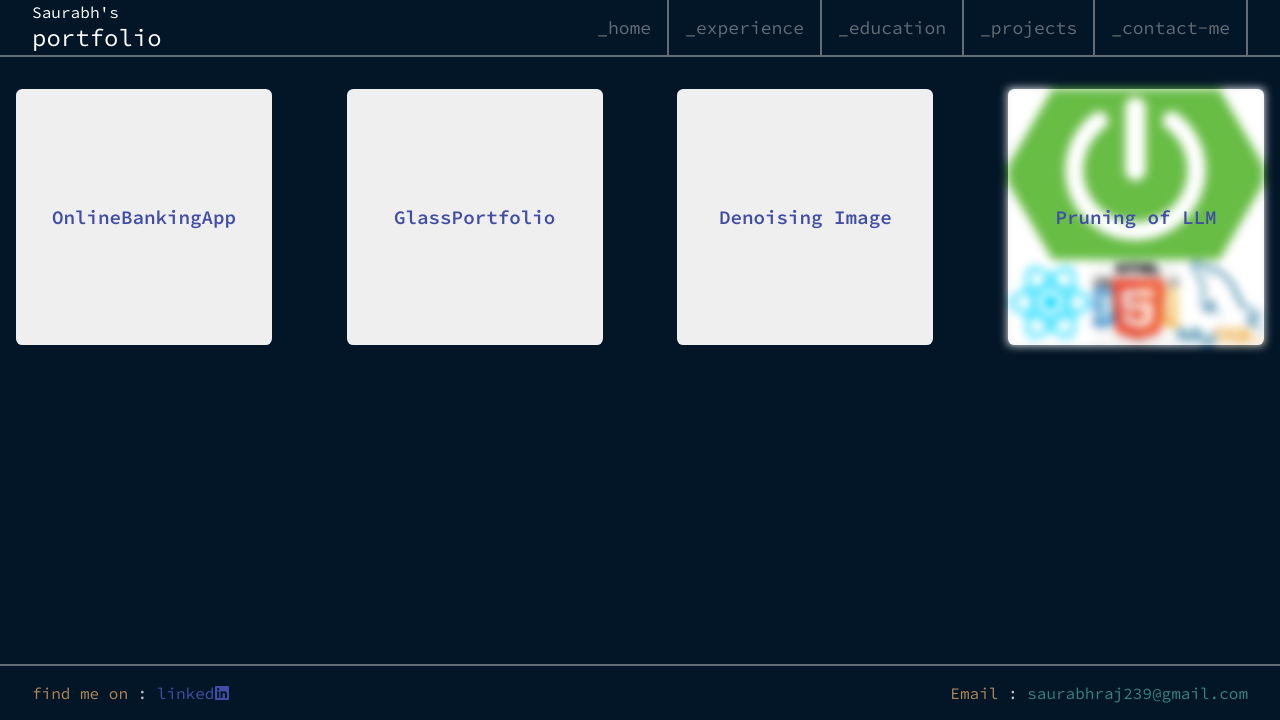
Repository: saurabhraj23/FrontendReactPortfolio
Page: /projects
These files come from the project's save history. The page is drawn as it stood at one moment and after the next save; the edit follows.
The browser window is 1280 px wide. The pictures show the whole page.
The project was rebuilt for these pictures with package versions that can differ from the ones it lists, and the page was loaded fresh each time. Also part of the build but not shown: vite.config.js, src/components/Education.jsx, src/components/Experience.jsx, src/components/Contacts.jsx, src/styles/default-page.css, src/components/DefaultPage.jsx.

Above is the page before, as saved 2024-07-23 16:10:20.

### index.html
<!doctype html>
<html lang="en">
  <head>
    <meta charset="UTF-8" />
    <link rel="icon" type="image/svg+xml" href="" />
    <meta name="viewport" content="width=device-width, initial-scale=1.0" />
    <title>Saurabh's portfolio</title>
  </head>
  <body>
    <div id="root"></div>
    <script type="module" src="/src/main.jsx"></script>
  </body>
</html>

### src/App.jsx
import React from "react";
import { BrowserRouter as Router, Route, Routes } from "react-router-dom";
import "./styles/App.css";
import Home from "./components/Home";
import Education from "./components/Education";
import Experience from "./components/Experience";
import Contacts from "./components/Contacts";
import Projects from "./components/Projects";
import Heading from "./components/Heading";
import Footer from "./components/Footer";
import DefaultPage from "./components/DefaultPage";

function App() {
  return (
    <div className="main">
      <Router>
        <Heading />
        <Routes>
          <Route path="/" element={<Home />}>
            <Route path="/" element={<DefaultPage />} />
            <Route path="/education" element={<Education />} />
            <Route path="/experience" element={<Experience />} />
            <Route path="/contacts" element={<Contacts />} />
            <Route path="/projects" element={<Projects />} />
          </Route>
        </Routes>
        <Footer />
      </Router>
    </div>
  );
}

export default App;

### src/styles/App.css
@import "./color.css";
@import "./experience.css";
@import "./education.css";
@import "./project.css";
@import "./header.css";
@import "./contact-me.css";
@import "./footer.css";
@import "./default-page.css";


*{
  margin:0;
  padding: 0;
  box-sizing: border-box;
  font-family: "Source Code Pro";
  font-weight: 400;
}

.main{
  background-color: var(--bg-color);
  color: var(--primary-white);
  height: 100vh;
  width: 100%;
  display: grid;
  grid-template-rows: 1fr 8fr 1fr;
  grid-template-columns: 4fr 3fr;
}

### src/components/Home.jsx
import React from "react";
import { Outlet } from "react-router-dom";

function Home() {
  return (
    <>
      <Outlet />
    </>
  );
}

export default Home;

### src/components/Projects.jsx
import React from "react";
import "../styles/App.css";
import { Link } from "react-router-dom";
import py from "../assets/py.png";
function Projects() {
  return (
    <>
      <div className="projects-left-side"></div>
      <div className="projects-right-side">
        <Link to={"https://github.com/saurabhraj23/OnlineBankingAppKPMG"}>
          <button className="project-item BankingApp">
            <span>
              <span className="skills">
                <span className="skill-heading">Skills Used</span>
                <span>
                  Java , SpringBoot , React , Javascript , MYSQL , CSS , HTML
                </span>
              </span>
              <span>
                This Project was part of my KPMG Internship.In this I was
                assigned the task to implement security in the Web App.I have
                successfuly secured the app using RSA encryption technique.
              </span>
            </span>
            <span>OnlineBankingApp</span>
          </button>
        </Link>
        <Link to={"https://github.com/saurabhraj23/Glass-Portfolio"}>
          <button className="project-item">
            <span>
              <span className="skills">
                <span className="skill-heading">Skills Used :</span>
                <span>HTML , CSS , Javascript</span>
              </span>
              <span>
                The Website consists of some animation with glass design
                interface.Javascript DOM is used to perform click event.CSS
                property is extensively used to give the portfolio website a
                desirable look.
              </span>
            </span>
            <span>GlassPortfolio</span>
          </button>
        </Link>
        <Link to={"https://github.com/saurabhraj23/Denoising-Image"}>
          <button className="project-item">
            <span>
              <span className="skills">
                <span className="skill-heading">Skills Used</span>
                <span>Python , OpenCV</span>
              </span>
              <span>
                This project was meant to remove the periodic noise from the
                image by using Butterworth Low Pass Filter.
              </span>
            </span>
            <span>Denoising Image</span>
          </button>
        </Link>
        <Link to={"https://github.com/saurabhraj23/Pruning"}>
          <button className="project-item opencv">
            <span>
              <span className="skills">
                <span className="skill-heading">Skills Used :</span>
                <span>Python , Flask , HuggingFace-cli , Linux</span>
              </span>
              <span>
                The Project aimed to demonstrate the capabilities of Kortex in
                enhancing AI-based operations within KPMG.I successfully
                completed the tasks assigned to me by implementing User
                Management functionalities , Optimizing and Prunining LLM models
                within Kortex.
              </span>
            </span>
            <span> Pruning of LLM</span>
          </button>
        </Link>
      </div>
    </>
  );
}

export default Projects;

### src/components/Heading.jsx
import React from "react";
import Navbar from "./Navbar";
function Heading() {
  return (
    <header className={"heading"}>
      <h2>
        <h6>Saurabh's</h6>
        portfolio
      </h2>
      <Navbar />
    </header>
  );
}

export default Heading;

### src/components/Footer.jsx
import React from "react";
import { Link } from "react-router-dom";
import { FaLinkedin } from "react-icons/fa";

function Footer() {
  return (
    <footer className="footer">
      <div>
        <span>find me on</span> <span>&nbsp;:</span>
        <Link to={"https://www.linkedin.com/in/saurabhraj239/"}>
          <span>
            &nbsp;linked
            <FaLinkedin />
          </span>
        </Link>
      </div>
      <div>
        <span>Email</span> <span> :</span>
        <span> saurabhraj239@gmail.com</span>
      </div>
    </footer>
  );
}

export default Footer;

### src/styles/color.css
@import url('https://fonts.googleapis.com/css2?family=Source+Code+Pro:ital,wght@0,200..900;1,200..900&display=swap');

:root {
--bg-color:#031627;
--primary-white:#fff;
--primary-dark:#d3d0d076;
--secondary-blue:#424ea6;
--tertiary-green:#37857e;
--tertiary-green-dark:#77E4C8;
--tertiary-brown-light:#D4BDAC;
--tertiary-orange:#b0855a;

}

### src/styles/experience.css
@import "./color.css";

.experience-left-side{
  display: none;
}
.experience-right-side{
  margin: 2rem;
  grid-column: 1/3;

}
.experience-right-side > div:first-child{
  display: flex;
  justify-content: space-between;
}
.experience-right-side>div:first-child>span:nth-child(2) span{
display: inline-block;
}
.experience-right-side>div:first-child>span:nth-child(2)>span:nth-child(2){
  animation: present 2s infinite alternate ease-in-out;

}

@keyframes present {
  from{

    opacity: 0;
  }
  to{

    opacity: 1;
  }
}

.experience-right-side>div:first-child>span:first-child{
  font-size: 1.4rem;
  color: var(--secondary-blue);
  font-weight: 600;
  margin-bottom: 3rem;
  text-decoration: underline;
}

.experience-right-side span{
  display: block;
}

.internship-details{
  display: flex;
  flex-direction: column;
}
.internship-details>span:first-child{
  font-size: 1.2rem;
  color: var(--tertiary-green);
  font-weight: 600;
  letter-spacing: 0.2rem;
  margin-bottom:1rem ;


}
.internship-details>span:nth-child(2){
  /* letter-spacing: 0.1rem; */
  color: var(--tertiary-brown-light);

}

.internship-details>span:nth-child(2)>span:first-child{
  font-size: 1.1rem;
  font-weight: 500;
  color: var(--tertiary-orange);

}


.internship-details>span:first-child span{
  display: inline-block;

}

.internship-details>span:nth-child(2)>span:first-child{
  letter-spacing: 0.2rem;
}

.internship-details>span:first-child>span:first-child{
  animation: arrowMove 1.6s infinite alternate ease-in-out;
  }

.fte-details{
  display: flex;
  flex-direction: column;
  margin-top: 2rem;

}
.fte-details>span:first-child{
  font-size: 1.2rem;
  color: var(--tertiary-green);
  font-weight: 600;
  letter-spacing: 0.2rem;
  margin-bottom: 1rem;

}

.fte-details>span:nth-child(2){
  color: var(--tertiary-brown-light);
}

.fte-details>span:nth-child(2)>span:nth-child(1)>span:first-child{
  color: var(--tertiary-orange);
  font-size: 1.1rem;
  font-weight: 500;
  }

.fte-details>span:nth-child(2)>span:nth-child(2)>span:first-child{
  letter-spacing: 0.2rem;
}
.fte-details>span:nth-child(2)>span:nth-child(1)>span:first-child{
  letter-spacing: 0.2rem;
}

.fte-details>span:nth-child(2)>span:nth-child(2){
  margin-top: 1rem;
}
.fte-details>span:nth-child(2)>span:nth-child(2)>span:first-child{
font-size: 1.1rem;
font-weight: 500;
color: var(--tertiary-orange);
}

.fte-details>span:first-child span{
  display: inline-block;
}

.fte-details>span:first-child>span:first-child{
animation: arrowMove 1.6s infinite alternate ease-in-out;
}

@keyframes arrowMove {
  from{
    transform: translateX(-0.6rem);
  }
  to{
    transform: translateX(0);
  }
}

.current-working  span{
  display: inline-block;
  animation: colorChange 2s infinite alternate ease-in-out ;

}

@keyframes colorChange {
  from{
color: var(--tertiary-brown-light);
  }

  to{
    color: var(--primary-white);

  }
}
.current-working{
  display: flex;
  flex-direction: row;
}

### src/styles/education.css
 @import "./color.css";

.education-left-side{
  display: none;
}
.education-right-side{
  margin: 2rem ;
  grid-column: 1/3;

}

.education-right-side{
  display: flex;
  flex-direction: column;
}

.degrees{
  display: flex;
  justify-content: space-between;
  margin-bottom: 2rem;
}

.degrees>span:first-child>h2{
  color: var(--tertiary-orange);
}
.degrees>span:first-child>h4{
  color: var(--tertiary-green);
}
.degrees>span:first-child>h5{
  color: var(--tertiary-brown-light);
  font-weight: 600;
}

.degrees>span:first-child>h3{
  display: flex;
  flex-direction: row;
}

.degrees>span:first-child>h3>span:nth-child(2){
  color: var(--tertiary-green-dark);
  animation: passed 2s infinite alternate ease-in-out;
}

@keyframes passed {
  from{
opacity: 0;
  }
  to{
opacity: 1;
  }
}
.degrees span:first-child {
  display: flex;
  flex-direction: column;
  gap: 0.6rem;
}
.degree-year{
  color: var(--tertiary-orange);
}

### src/styles/project.css
.projects-left-side{
  border: 1px solid red;
  display: none;
}
.projects-right-side{
  grid-column: 1/3;
  padding: 1rem;
  display: flex;
  justify-content: space-between;
  text-decoration: none;
  position: relative;
}

.projects-right-side > a{
  text-decoration: none;
}

.project-item{
  width: 20vw;
  height: 20vw;
  display: flex;
  justify-content: center;
  align-items: center;
  position: relative;
  flex-direction: column;
  border-radius: 0.4rem ;
  border: none;

}

.project-item:hover{
  cursor: pointer;
  box-shadow: 0 0.12rem 0.6rem 0.2rem var(--tertiary-orange);
  border: 0.20rem solid var(--secondary-blue);


}

.project-item span{
  display: inline-block;
  padding: 0.5rem;
}


.project-item>span:first-child{
  display: none;
}

.project-item:hover span:first-child{
  display: contents;
  color: var(--tertiary-orange);
  transition: all 2s;
}

.project-item>span:last-child{
  color: var(--secondary-blue);
transition: all 2s;
font-size: 1.2rem;
font-weight: 600;
z-index: 1;
}

.project-item:hover >span:last-child{
  width: 100%;
  position: absolute;
  bottom: 0;
  text-align: center;
  font-size: 1.4rem;
  }

  .opencv::before {
    content: "";
    position: absolute;
    background-image: url(../assets/BankingApp.png);
background-size: cover;
filter: blur(5px);
background-repeat: no-repeat;
background-position: center;
    top: 0;
    bottom: 0;
    left: 0;
    right: 0;
  }

  .project-item:hover::before{
content: "_click to visit the github repo";
background-image: none;
position: absolute;
bottom: -2rem;
color: var(--tertiary-orange);
background-image: none;
top: auto;
left: auto;
right: auto;
filter: blur(0);
}

### src/styles/header.css
.heading{
  grid-column: 1/3;
  display: flex;
  justify-content: space-between;
  align-items: center;
  border-bottom: 0.16rem solid var(--primary-dark);
  padding:0 2rem;
  margin-bottom: 1rem;
  }

  nav button{
    padding: 1rem;
    background-color: transparent;
    cursor: pointer;
    font-size: large;
    color: var(--primary-dark);
    border: none;
    border-right: 0.16rem solid var(--primary-dark);
  }

  nav button:hover{
    color: var(--primary-white);
    box-shadow: inset 0 -0.16rem 0 0 var(--tertiary-green);

  }

  .active{
    /* box-shadow: inset 0 -0.16rem 0 0 var(--tertiary-green); */
    color: var(--tertiary-green);
  }

### src/styles/contact-me.css
@import "../styles/color.css";

.contact-me-left-side{
  display: none;
}

.contact-me-right-side{
  grid-column: 1/3;
  display: grid;
  grid-template-columns: 2fr 1.1fr;
padding:  0 2rem;
}

.contact-me-left{
  /* border: 1px solid green; */
  padding: 1rem 2rem;
display: flex;
flex-direction: column;
gap: 0.7rem;

}

.contact-me-right{
  background-color: var(--primary-white);
  border-radius: 3%;
  padding: 1rem 2rem;
  color: var(--tertiary-green);
}

.image{
display: flex;
flex-direction: column;
align-items: center;
justify-content: center;
position: relative;
}

.image>img{
  width: 40%;
  object-fit: contain;
  border-radius: 50%;
  position: relative;
  z-index: 10;
}

.contact-me-left>span:first-child {
  font-size: 2.2rem;
  letter-spacing: 0.4rem;
  font-weight: 500;
}
.contact-me-left>span:first-child span{
  font-size: 2rem;
  letter-spacing: 0.4rem;
  color: var(--tertiary-green-dark);
  font-weight: 500;

}

.contact-me-left span{
  font-size: 1rem;
}
.contact-me-left a{
  text-decoration: none;
}
.contact-me-left a:visited{
color: var(--primary-white);
}

.circle{
  /* border: 1px solid red; */
  width: 44%;
  padding-top: 44%;
  border-radius: 50%;
  position: absolute;
  background-color: var(--tertiary-green);
  /* transform: translateX(-4rem); */
  z-index: 8;
  animation: round 4s infinite alternate ease-in-out;
}

@keyframes round {
  from{
background-color: val(--bg-color);
transform: scale(0);
  }
  50%{
    background-color: val(--secondary-blue);
    transform: scale(0.9);
  }
  to{
    background-color: val(--tertiary-green);
    transform: scale(1);
  }
}

.contact-details>span:first-child{
color: var(--tertiary-green-dark);
}

form{
display: flex;
flex-direction: column;
font-size: larger;
letter-spacing: 0.1rem;


}
.contact-me-form-heading{
text-align: center;
font-size: 2rem;
  width: 100%;

padding: 0.6rem;
border-radius: 0.4rem;
letter-spacing: 0.2rem;
box-shadow: 0 0.12rem 0 0.2rem var(--tertiary-green);

}


.contact-me-form-heading>span{

}

.fields{
  display: flex;
  flex-direction: column;
  margin-top: 1.8rem;

}

.fields>input{
  height: 2rem;
  border: none;
  outline: none;
  border-bottom: 0.16rem solid var(--primary-dark);
  font-size: 1rem;
  box-sizing:border-box;
  padding: 0.6rem;
  letter-spacing: 0.1rem;


}

.fields>input:focus{
border-bottom: 0.2rem solid var(--tertiary-green);

}

form div:nth-of-type(5)>textarea{
/* height: 8rem; */
outline: 0.12rem solid var(--primary-dark);
border-radius: 0.4rem;
padding-left: 1rem;
margin-top: 1rem;
padding: 0;
border: none;
border-bottom: 0.16rem solid var(--primary-dark);
font-size: 1rem;
resize: none;
box-sizing: border-box;
padding:0.6rem ;
}

.fields>textarea:focus{
  /* border-bottom: 0.2rem solid var(--tertiary-green); */
  box-shadow: 0 0.2rem 0 0 var(--tertiary-green)

  }

form> button{
font-size: large;
padding: 0.6rem 0.6rem;
border-radius: 2rem;
border: none;
cursor: pointer;
color: var(--primary-white);
background-color: var(--tertiary-green);
margin-top: 1rem;
}

.radio{
  display: flex;
  flex-direction: row;
  justify-content: space-evenly;
padding-top: 2rem;
}

.radio>span>label{
margin-left: 1rem;
/* font-size: larger; */
}

.radio>span>input{
  scale: 1.2;
  }

### src/styles/footer.css
.footer{
  grid-column: 1/3;
  display: flex;
  flex-direction: row;
  justify-content: space-between;
  align-items: center;
  padding: 0 2rem;
  border-top: 0.16rem solid var(--primary-dark);
margin-top: 1rem;
}

.footer > div:first-child{
  display: flex;
  align-items: center;
  justify-content: center;
}

.footer > div:first-child > span:first-child{
  color: var(--tertiary-orange);
}
.footer > div:first-child > a>span{
  color: var(--secondary-blue);
  display: flex;
  align-items: center;
  justify-content: center;
}

.footer > div:nth-of-type(2) > span:nth-of-type(1){
  color: var(--tertiary-orange);
}
.footer > div:nth-of-type(2) > span:nth-of-type(3){
  color: var(--tertiary-green);
}

.footer>div:first-child >a{
text-decoration: none;
color: var(--secondary-blue);
}

.footer>div:first-child span:nth-child(2){
  animation: blink 2s infinite alternate linear;
}
.footer>div:last-child span:nth-child(2){
  animation: blink 2s infinite alternate linear;
  color: white;
}

@keyframes blink {
  from{
    opacity: 0;
  }
  to{
    opacity: 1;
  }
}

### src/components/Navbar.jsx
import React, { useRef, useState } from "react";
import { Link } from "react-router-dom";

function Navbar() {
  const navBar = [
    { path: "/", label: "_home" },
    { path: "/experience", label: "_experience" },
    { path: "/education", label: "_education" },
    { path: "/projects", label: "_projects" },
    { path: "/contacts", label: "_contact-me" },
  ];

  const [activeIndex, setActiveIndex] = useState(false);

  return (
    <nav>
      {navBar.map((element, idx) => (
        <Link key={idx} to={element.path}>
          <button
            className={activeIndex === idx ? "active" : ""}
            onClick={() => {
              setActiveIndex(idx);
            }}
          >
            {element.label}
          </button>
        </Link>
      ))}
    </nav>
  );
}

export default Navbar;

Loaded but not shown: src/main.jsx (common file); src/index.css (no stored copy; drawn as an empty file)

After the next save:
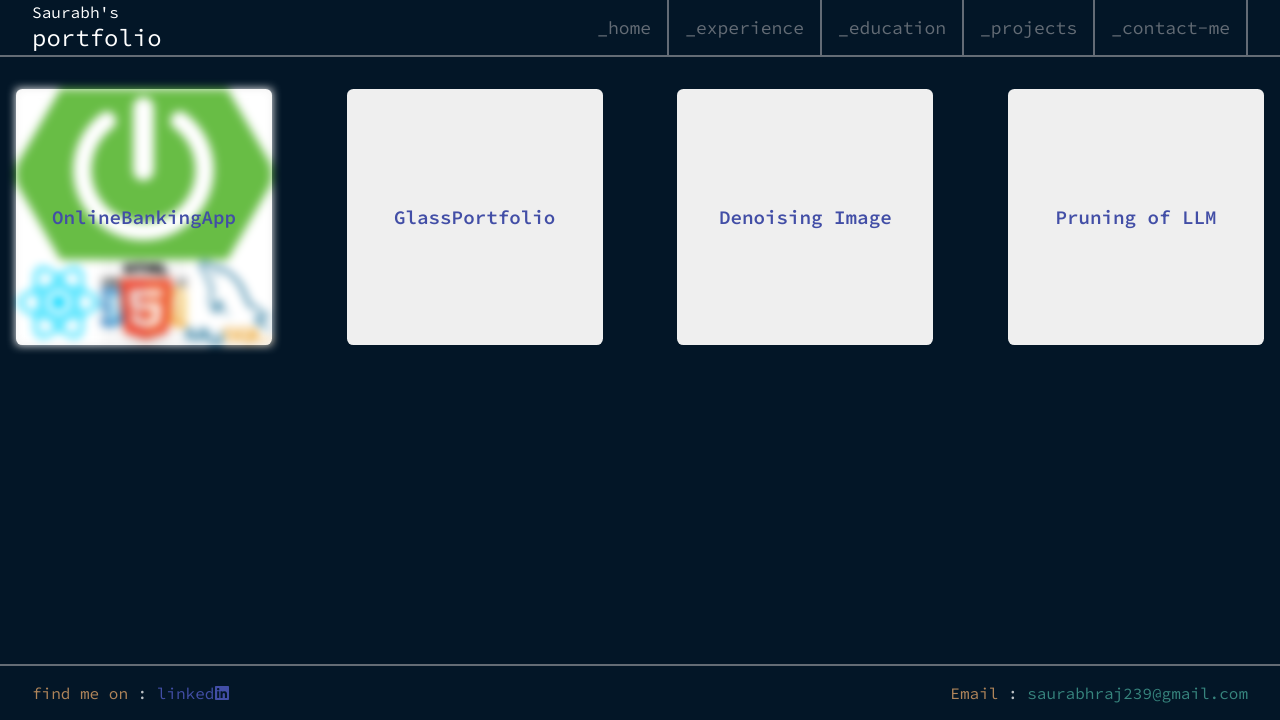
Saved 6 s later.
--- a/src/styles/project.css
+++ b/src/styles/project.css
@@ -68,7 +68,7 @@ z-index: 1;
   font-size: 1.4rem;
   }
 
-  .opencv::before {
+  .BankingApp::before {
     content: "";
     position: absolute;
     background-image: url(../assets/BankingApp.png);
